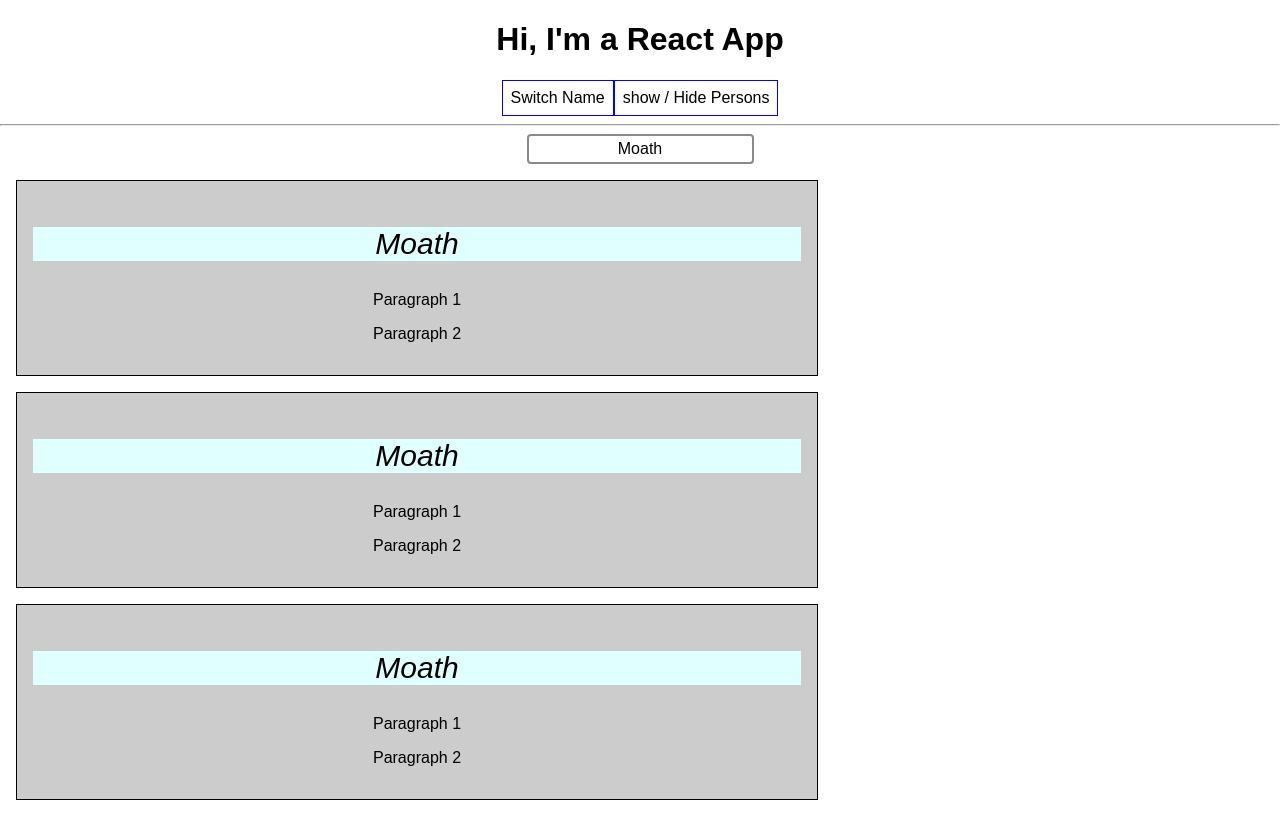
Repository: MuathYHKefayah/React-Basics
Page: /
An editor plug-in stored every save of this project. The page is shown before and after the next save, followed by the edit.
The browser window is 1280 px wide. The pictures show the whole page.
The project was rebuilt for these pictures with package versions that can differ from the ones it lists, and the page was loaded fresh each time. Also part of the build but not shown: src/Person/Person.css, src/Person/Person.js.

Above is the page before, as saved 2020-12-12 13:11:34.

After the next save:
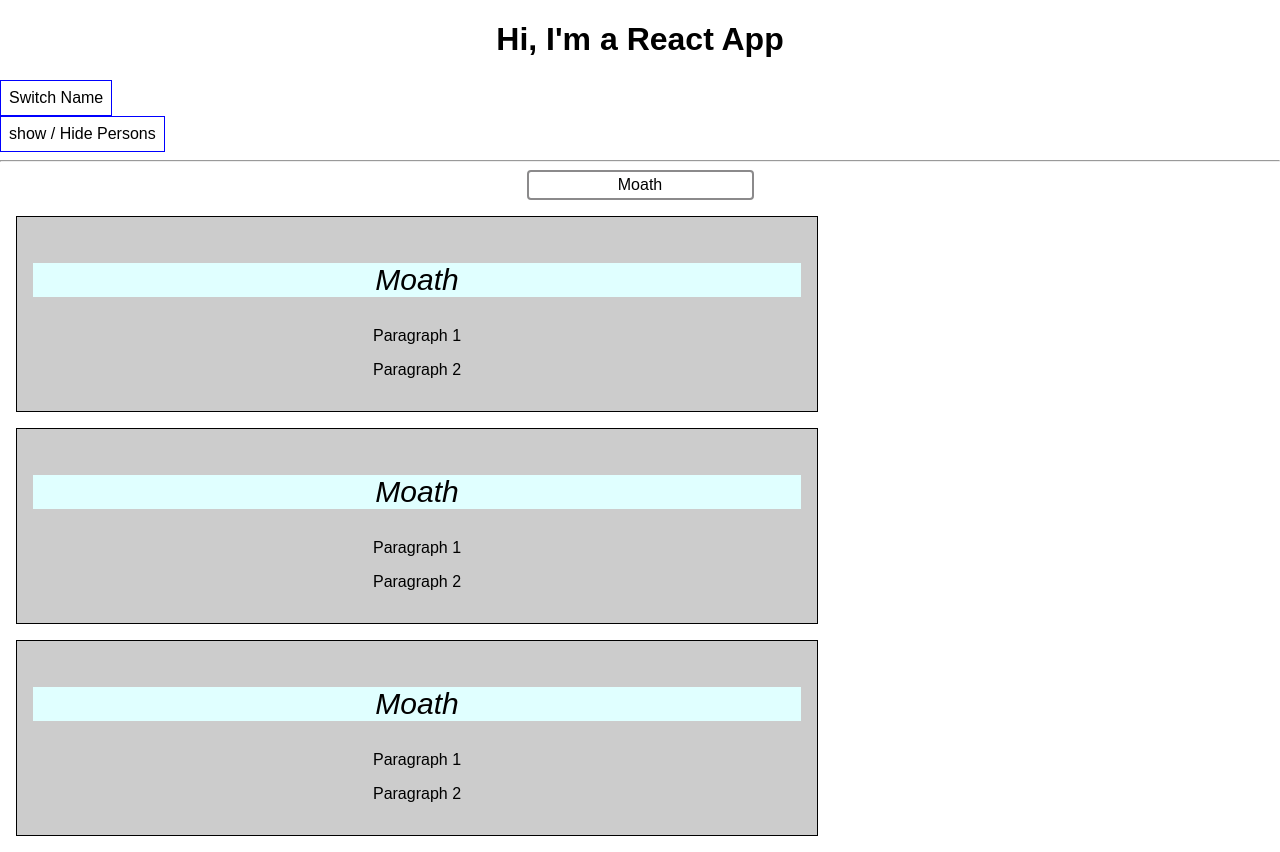
Saved 31 s later.
--- a/src/App.js
+++ b/src/App.js
@@ -55,7 +55,8 @@
       font: 'inherit',
       border: '1px solid blue',
       padding: '8px',
-      cursor: 'pointer'
+      cursor: 'pointer',
+      display: 'block'
     };
 
     return (

After the 2 saves that followed:
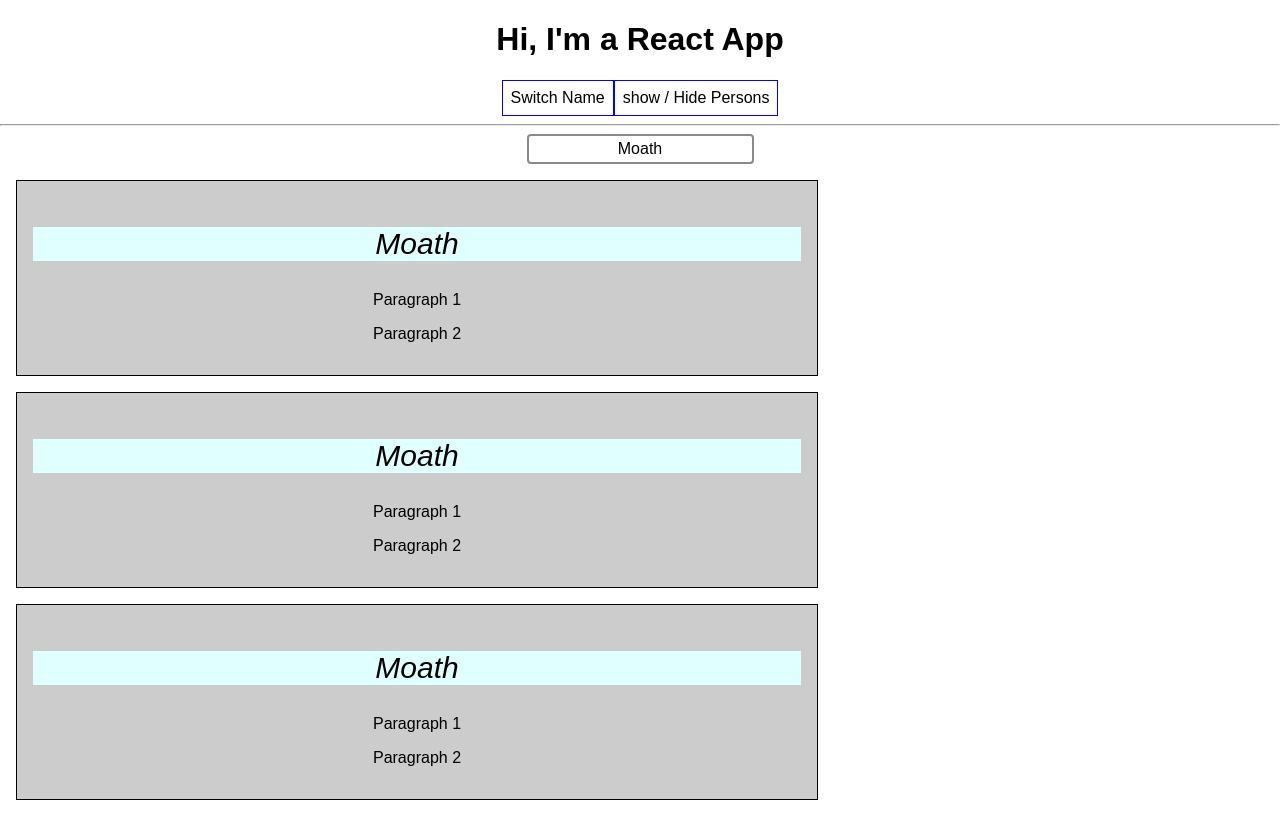
The 2 saves are shown as one change because 1 left the picture as it was.
The last was saved 40 s later.
--- a/src/App.js
+++ b/src/App.js
@@ -56,7 +56,7 @@
       border: '1px solid blue',
       padding: '8px',
       cursor: 'pointer',
-      display: 'block'
+      display: 'inline-block'
     };
 
     return (
